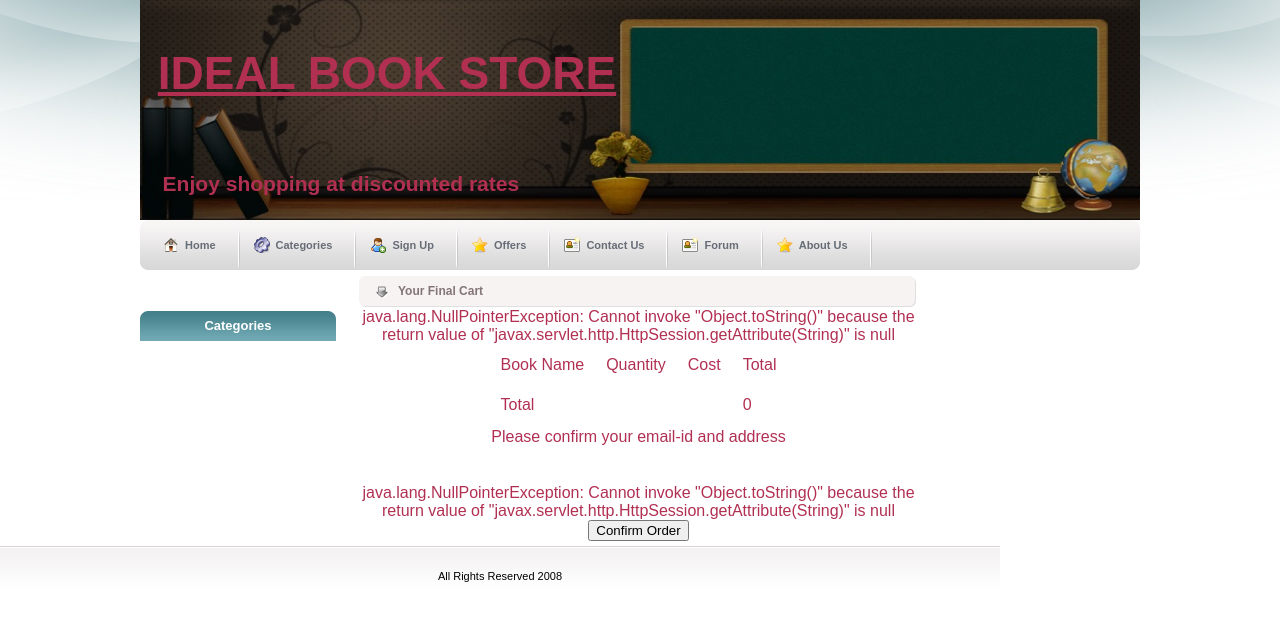
Repository: tusharjain887/Online-Book-Sales
Page: http://localhost/OnlineBook/process_shopping.jsp
The author's editor kept a copy of each file at every save. The page is drawn from the files as they stood at one save, then again after the next save.
The browser window is 1280 px wide. The pictures show the whole page.
The page is served by Tomcat 9. Queries for data that is not in the repository find no rows.

Above is the page before, as saved 2013-04-08 14:10:42.

After the next save:
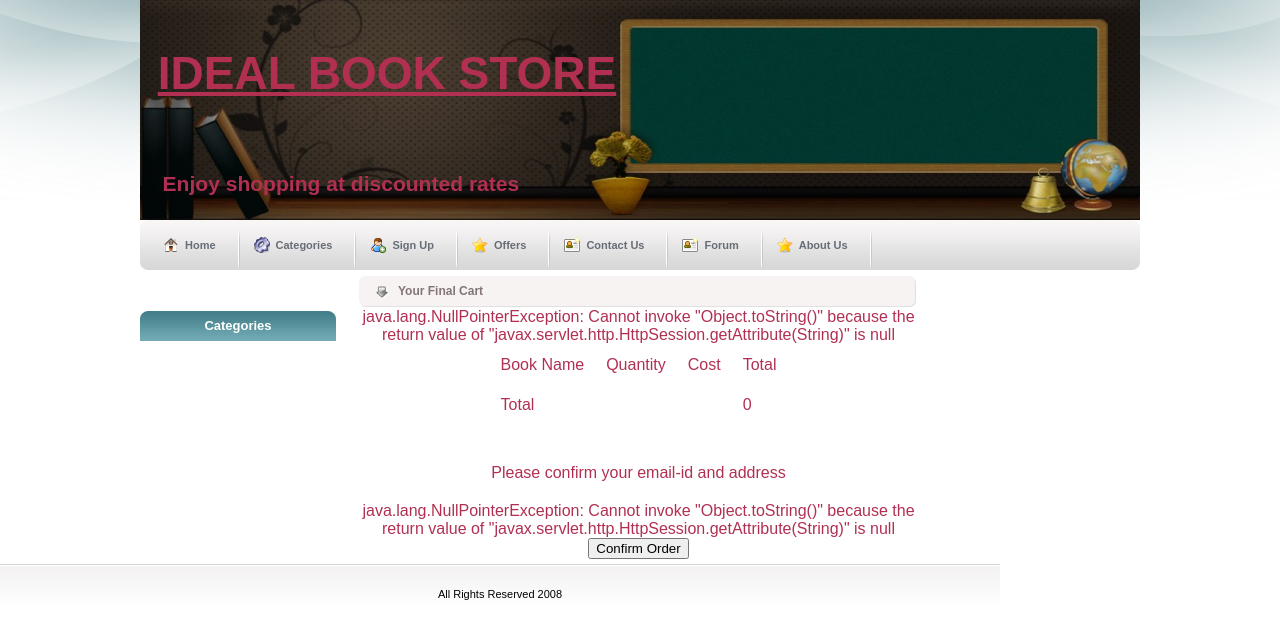
Saved 54 s later.
--- a/PROJECT/workspace/workspace/OnlineBook/WebContent/process_shopping.jsp
+++ b/PROJECT/workspace/workspace/OnlineBook/WebContent/process_shopping.jsp
@@ -182,10 +182,10 @@ else if(totalitems>=50)
 </tr>
 
 </table>
-
+</br></br>
 <p>Please confirm your email-id and address</p>
 
-</br></br>
+</br>
 <form action="shopping_done.jsp" method="post">
 
 <%
